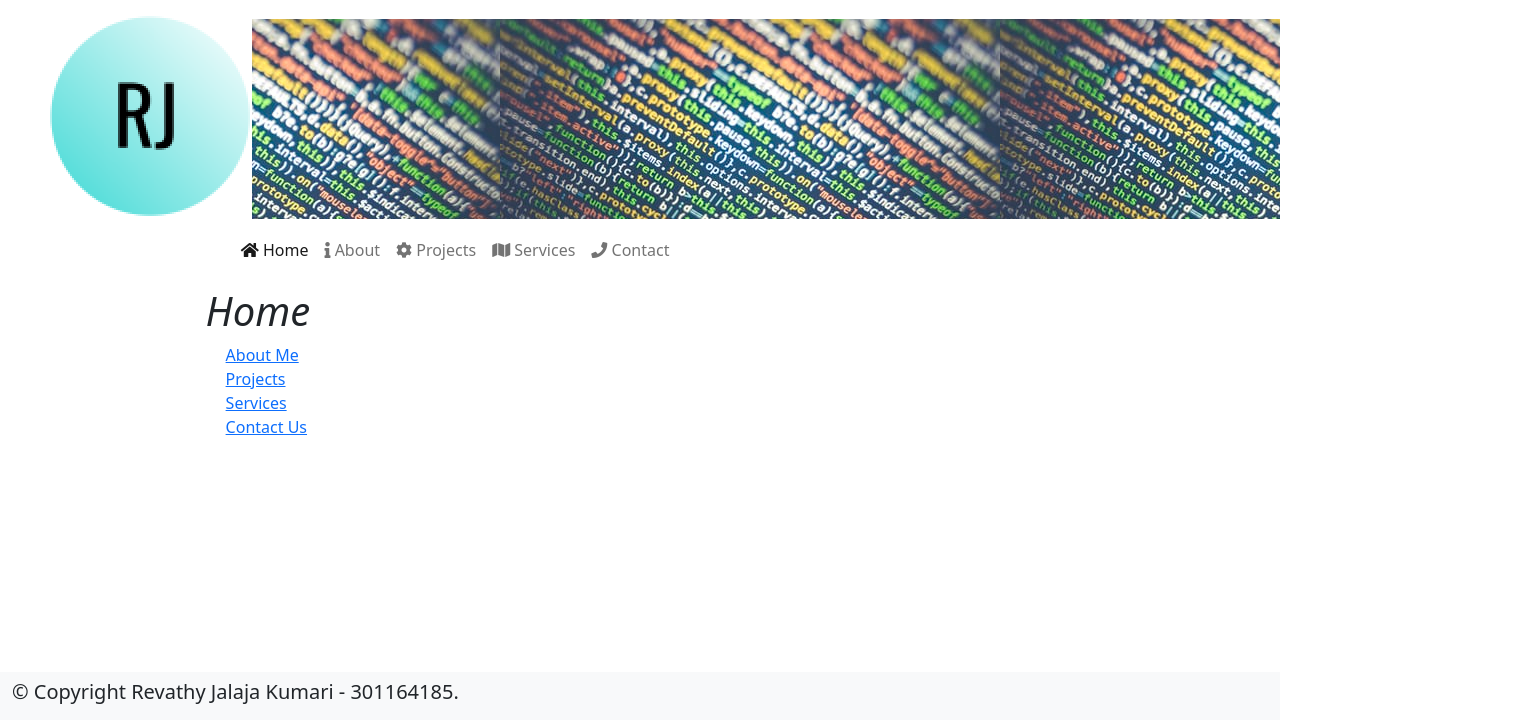
Repository: RevathyJK/Portfolio
Page: http://localhost/
An editor plug-in stored every save of this project. The page is shown before and after the next save, followed by the edit.
The browser window is 1280 px wide. The page is 1533 px wide, so the pictures cover 1533 px, including what lies to the right of the window. The pictures show the whole page.
The page is served by the project's Node server (server.js).

Above is the page before, as saved 2021-10-01 13:10:51.

After the next save:
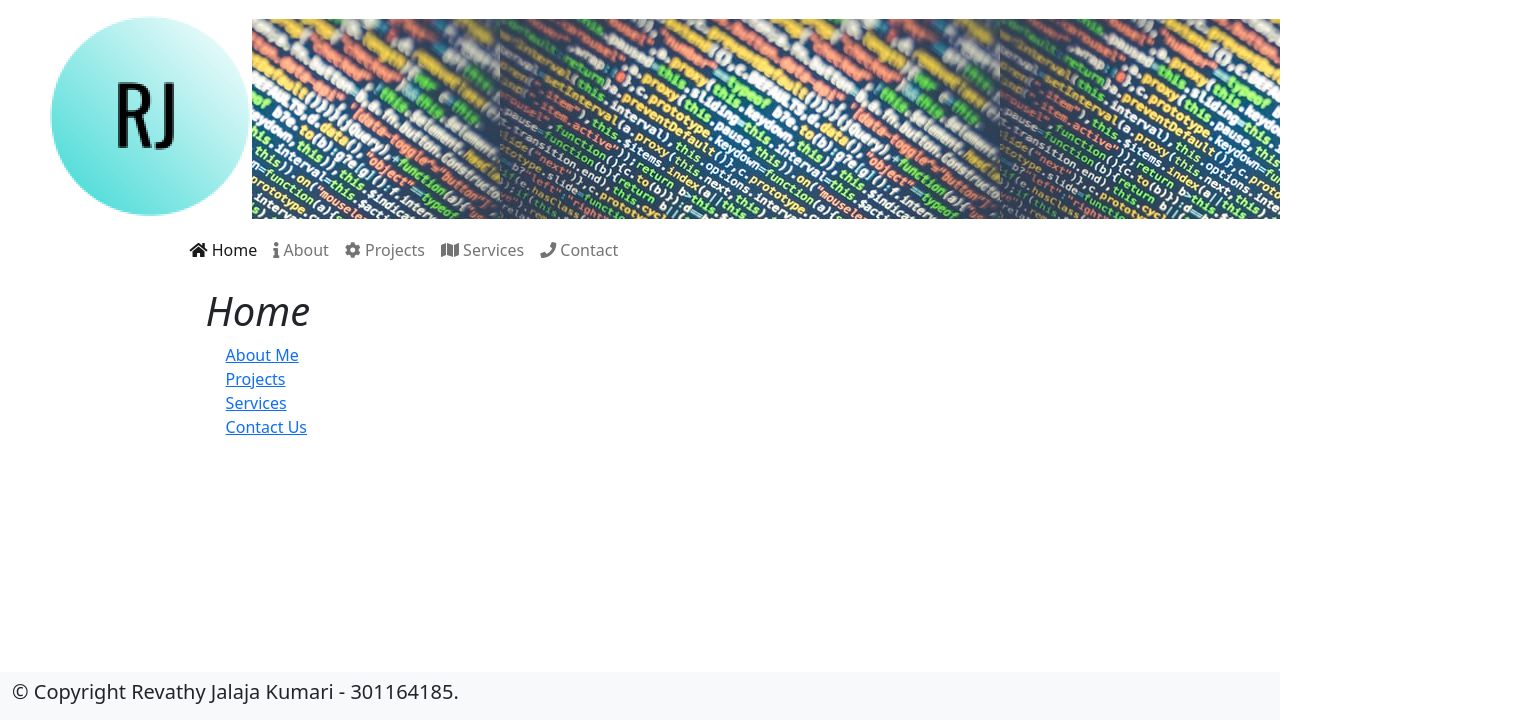
Saved 26 s later.
--- a/Client/Content/app.css
+++ b/Client/Content/app.css
@@ -17,7 +17,7 @@
 
 .navcustom{
 
-    width: 85%;
+    width: 95%;
       margin: auto;
       max-width: 1200px;
       color: #FFFFFF;
